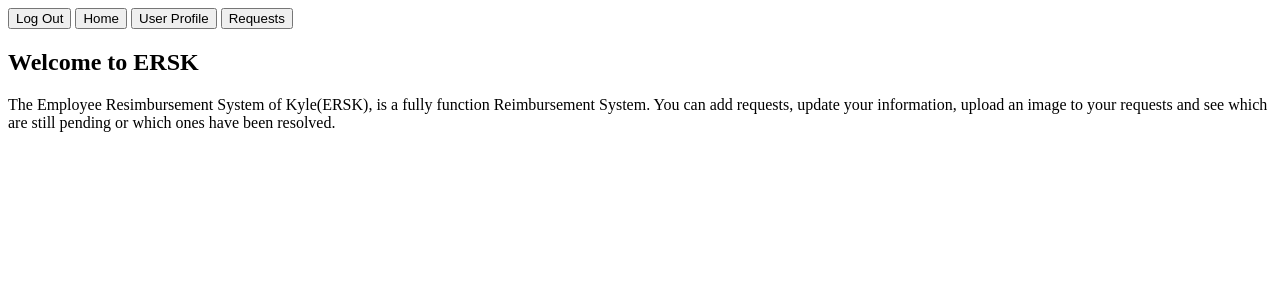
Repository: 1807-mehrab/project-1-KyleAButterfield
Page: ERSK/ERSK/src/main/webapp/EmployeeHomePage.html
The author's editor kept a copy of each file at every save. The page is drawn from the files as they stood at one save, then again after the next save.
The browser window is 1280 px wide. The pictures show the whole page.

Above is the page before, as saved 2018-08-01 01:47:54.

After the next save:
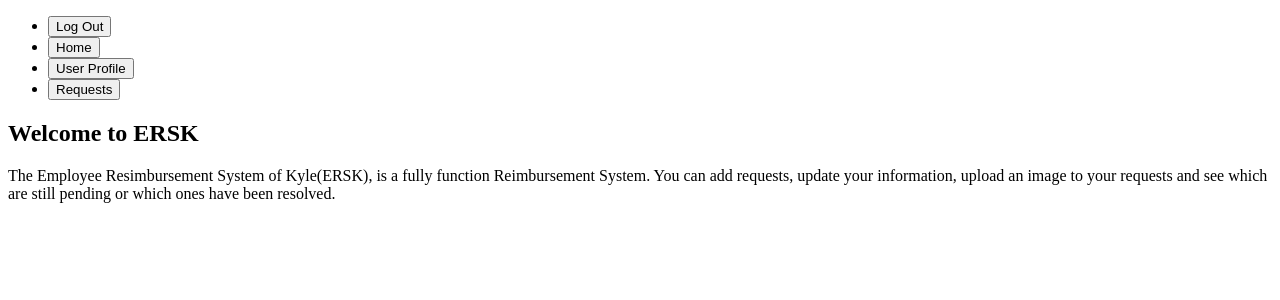
Saved 14 h 9 min later.
--- a/ERSK/ERSK/src/main/webapp/EmployeeHomePage.html
+++ b/ERSK/ERSK/src/main/webapp/EmployeeHomePage.html
@@ -3,12 +3,13 @@
 <head>
 <meta charset="ISO-8859-1">
 <title>ERSK-Home Page</title>
-	<div id="dashboard">
-	<input type="button" onClick="Logout()" value="Log Out">
-	<input type="button" onClick="HomePage()" value="Home">
-	 <input type="button" onClick ="GetInfo()" value="User Profile">
-	<input type="button" onClick="LoadUsersRequests()" value="Requests">
-	</div>
+	<div id="dashboard" class="nav navbar">
+	<ul>
+	<li class="nav-item"><input type="button" onClick="Logout()" value="Log Out"></li>
+	<li class="nav-item"><input type="button" onClick="HomePage()" value="Home"></li>
+	<li class="nav-item"><input type="button" onClick ="GetInfo()" value="User Profile"></li>
+	<li class="nav-item"><input type="button" onClick="LoadUsersRequests()" value="Requests"></li>
+	</ul></div>
 	<script src="functions.js"></script>
 </head>
 <body>
